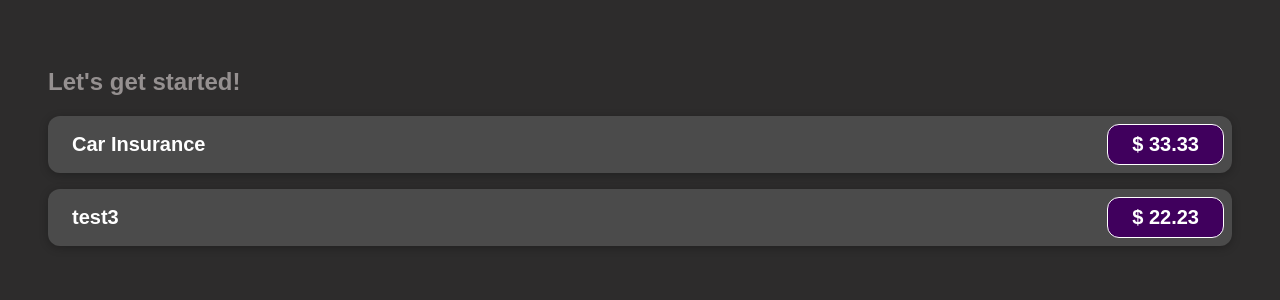
Repository: andresmazza/react-lesson
Page: /
These files come from the project's save history. The page is drawn as it stood at one moment and after a run of saves; the edit follows.
The browser window is 1280 px wide. The pictures show the whole page.
The project was rebuilt for these pictures with package versions that can differ from the ones it lists, and the page was loaded fresh each time. Also part of the build but not shown: src/App.css.

Above is the page before, as saved 2023-04-07 23:54:12.

### src/index.css
body {
  font-family: sans-serif;
  margin: 0;
  padding: 3rem;
  background-color: #2d2c2c;
  color: #959090;
}
code {
  font-family: source-code-pro, Menlo, Monaco, Consolas, 'Courier New',
    monospace;
}

### src/App.js
import logo from './logo.svg';
import './App.css';
import ExpenseItem from './components/ExpenseItem';
function App() {
  const expenses = [
    { title: 'Car Insurance', amount: 33.33, date: new Date() },
    { title: 'test3', amount: 22.23, date: new Date() },
    { title: 'test#', amount: 43.33, date: new Date() },
  ];
  return (
    <div>
      <h2>Let's get started!</h2>
      <ExpenseItem
        title ={expenses[0].title}
        amount={expenses[0].amount}
        date  ={expenses[0].date}
        ></ExpenseItem>
        <ExpenseItem
        title ={expenses[1].title}
        amount={expenses[1].amount}
        date  ={expenses[1].date}
        ></ExpenseItem>
    </div>
  );
}

export default App;

### src/components/ExpenseItem.js

import './ExpenseItem.css';

function ExpenseItem(props) {

    return (
      <div className='expense-item'>
        <div>
            <div>{props.date.month}</div>
        </div>
        <div className='expense-item__description'>
            <h2>{props.title}</h2>
            <div className='expense-item__price'>$ {props.amount}</div>
        </div>
      </div>
    );
  }

export default ExpenseItem;

### src/components/ExpenseItem.css
.expense-item {
  display: flex;
  justify-content: space-between;
  align-items: center;
  box-shadow: 0 2px 8px rgba(0, 0, 0, 0.25);
  padding: 0.5rem;
  margin: 1rem 0;
  border-radius: 12px;
  background-color: #4b4b4b;
}

.expense-item__description {
  display: flex;
  flex-direction: column;
  gap: 1rem;
  align-items: flex-end;
  flex-flow: column-reverse;
  justify-content: flex-start;
  flex: 1;
}

.expense-item h2 {
  color: #3a3a3a;
  font-size: 1rem;
  flex: 1;
  margin: 0 1rem;
  color: white;
}

.expense-item__price {
  font-size: 1rem;
  font-weight: bold;
  color: white;
  background-color: #40005d;
  border: 1px solid white;
  padding: 0.5rem;
  border-radius: 12px;
}

@media (min-width: 580px) {
  .expense-item__description {
    flex-direction: row;
    align-items: center;
    justify-content: flex-start;
    flex: 1;
  }

  .expense-item__description h2 {
    font-size: 1.25rem;
  }

  .expense-item__price {
    font-size: 1.25rem;
    padding: 0.5rem 1.5rem;
  }
}

Loaded but not shown: public/index.html (common file); src/index.js (common file); src/reportWebVitals.js (common file)

After the next 2 saves:
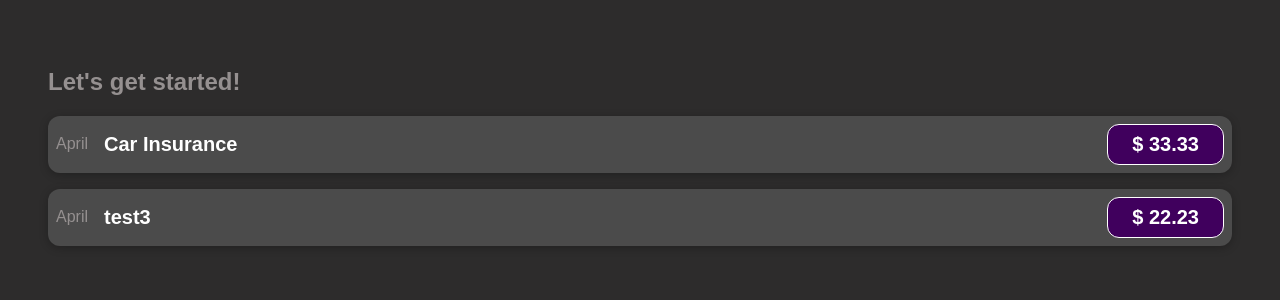
The 2 saves are shown as one change because 1 did not build or start.
The last was saved 118 s later.
--- a/src/components/ExpenseItem.js
+++ b/src/components/ExpenseItem.js
@@ -6,7 +6,7 @@ function ExpenseItem(props) {
     return (
       <div className='expense-item'>
         <div>
-            <div>{props.date.month}</div>
+            <div>{props.date.toLocaleString('en-US',{month: 'long'})}</div>
         </div>
         <div className='expense-item__description'>
             <h2>{props.title}</h2>
